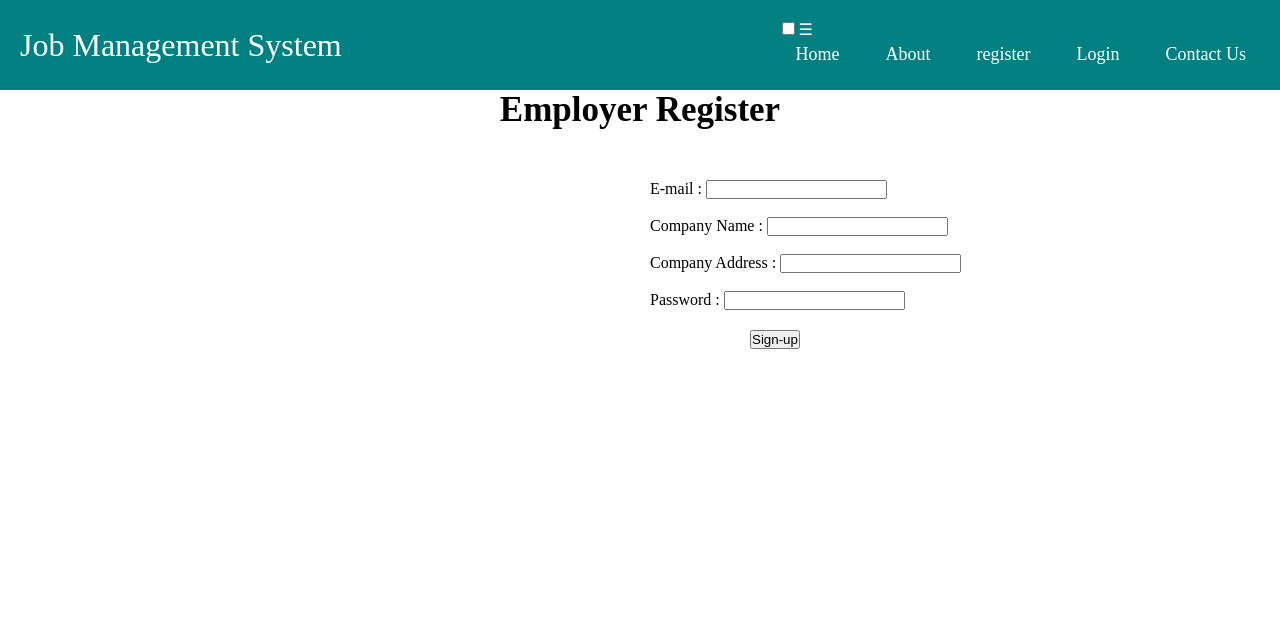
Repository: PrinceKumawat1109/JFSD
Page: http://localhost/Job-management/employerregister.jsp
The author's editor kept a copy of each file at every save. The page is drawn from the files as they stood at one save, then again after the next save.
The browser window is 1280 px wide. The pictures show the whole page.
The page is served by Tomcat 9. Other server files are loaded and not shown.

Above is the page before, as saved 2022-10-29 21:43:45.

### Job-management/src/main/webapp/employerregister.jsp
<%@ page language="java" contentType="text/html; charset=UTF-8"
    pageEncoding="UTF-8"%>
<!DOCTYPE html>
<html>
<head>
<meta charset="UTF-8">
<title>Employer-Register</title>
<style type="text/css">
h2{
text-align : center;
font-size : 35px;
}

.first
{
margin-left: 650px;
margin-top: 50px;
}
button
{
margin-left:100px;
margin-top:20px;
}
</style>
</head>
	<jsp:include page="navbar.jsp" />
<body>
<h2>Employer Register</h2>
<div class="first">
	<p>E-mail : <input type="text" id="t1"/></p>
	<br/>
	<p>Company Name : <input type="text" id="t2"/></p>
	<br/>
	<p>Company Address : <input type="text" id="t3"/></p>
	<br/>
	<p>Password : <input type="password" id="t4"/></p>

	<button onclick="save()">Sign-up</button>
	<label id="lbl"></label>
	</div>
</body>
<script type="text/javascript">
function save()
{
	var xhtml = new XMLHttpRequest();
	var url = "http://localhost:8080/api/eregister/";
	xhtml.open("POST", url, true);
	xhtml.setRequestHeader('Content-Type','application/json');

	var t1 = document.getElementById("t1");
	var t2 = document.getElementById("t2");
	var t3 = document.getElementById("t3");
	var t4 = document.getElementById("t4");
	var lbl = document.getElementById("lbl");

	xhtml.send(JSON.stringify({
		email : t1.value,
		com_name : t2.value,
		com_add : t3.value,
		pwd : t4.value
	}));

	xhtml.onreadystatechange = function()
	{
		if(this.readyState == 4 && this.status == 200)
			lbl.innerText = this.responseText;
			window.location="http://localhost:8080/employerlogin.jsp";
	};
}
</script>
</html>

### Job-management/src/main/webapp/navbar.jsp
<!DOCTYPE html>
<html lang="en">
 <head>
   <meta charset="UTF-8" />
   <meta http-equiv="X-UA-Compatible" content="IE=edge" />
   <meta name="viewport" content="width=device-width, initial-scale=1.0" />
   <style>

    /* UTILITIES */
* {
 margin: 0;
 padding: 0;
 box-sizing: border-box;
}
body {
 font-family: cursive;
}
a {
 text-decoration: none;
}
li {
 list-style: none;
}

/* NAVBAR STYLING STARTS */
.navbar {
 display: flex;
 align-items: center;
 justify-content: space-between;
 padding: 20px;
 background-color: teal;
 color: #fff;
}
.nav-links a {
 color: #fff;
}
/* LOGO */
.logo {
 font-size: 32px;
}
/* NAVBAR MENU */
.menu {
 display: flex;
 gap: 1em;
 font-size: 18px;
}
.menu li:hover {
 background-color: #4c9e9e;
 border-radius: 5px;
 transition: 0.3s ease;
}
.menu li {
 padding: 5px 14px;
}
/* DROPDOWN MENU */
.services {
 position: relative;
}
.dropdown {
 background-color: rgb(1, 139, 139);
 padding: 1em 0;
 position: absolute; /*WITH RESPECT TO PARENT*/
 display: none;
 border-radius: 8px;
 top: 35px;
}
.dropdown li + li {
 margin-top: 10px;
}
.dropdown li {
 padding: 0.5em 1em;
 width: 8em;
 text-align: center;
}
.dropdown li:hover {
 background-color: #4c9e9e;
}
.services:hover .dropdown {
 display: block;
}
   </style>
   <title>Document</title>
 </head>
 <body>
   <nav class="navbar">
     <!-- LOGO -->
     <div class="logo">Job Management System</div>
     <!-- NAVIGATION MENU -->
     <ul class="nav-links">
       <!-- USING CHECKBOX HACK -->
       <input type="checkbox" id="checkbox_toggle" />
       <label for="checkbox_toggle" class="hamburger">&#9776;</label>
       <!-- NAVIGATION MENUS -->
       <div class="menu">
         <li><a href="home.jsp">Home</a></li>
         <li><a href="/">About</a></li>
         <li class="services">
           <a href="/">register</a>
           <!-- DROPDOWN MENU -->
           <ul class="dropdown">
             <li><a href="employeeregister.jsp">Employee </a></li>
             <li><a href="employerregister.jsp">Employers</a></li>
           </ul>
         </li>
         <li class="services">
           <a href="/">Login</a>
           <!-- DROPDOWN MENU -->
           <ul class="dropdown">
             <li><a href="employeelogin.jsp">Employee login </a></li>
             <li><a href="employerlogin.jsp">Employers login</a></li>
           </ul>
         </li>
         <li><a href="contact.jsp">Contact Us</a></li>
       </div>
     </ul>
   </nav>
 </body>
</html>

After the next save:
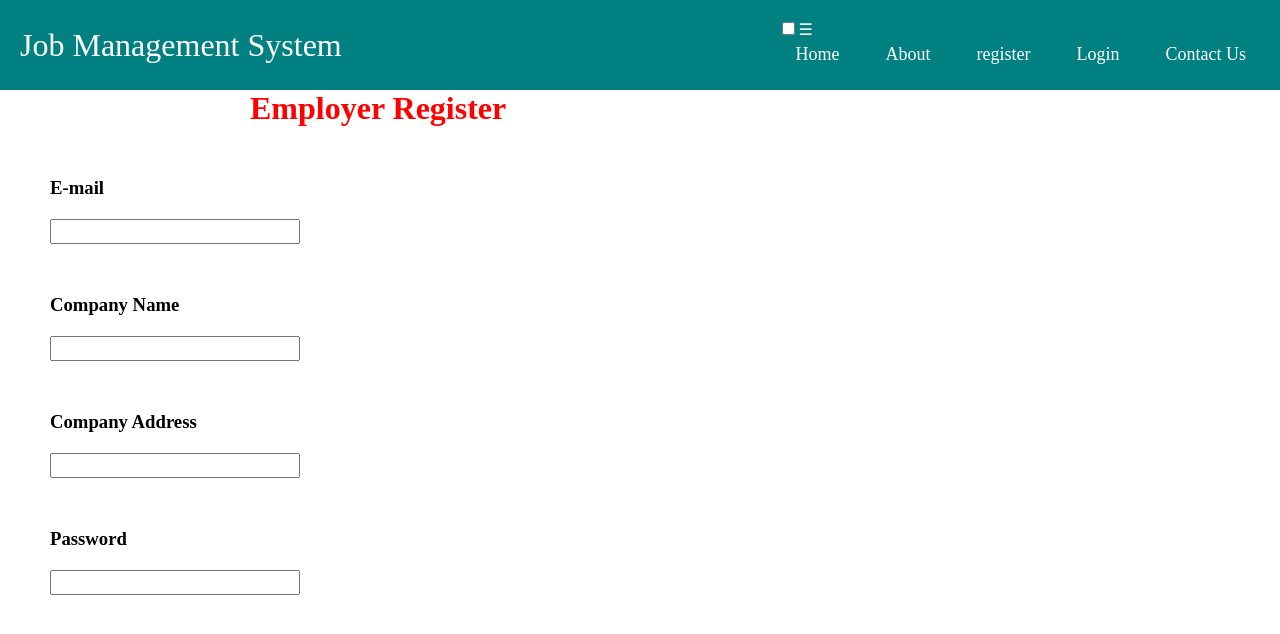
Saved 5 min 2 s later.
--- a/Job-management/src/main/webapp/employerregister.jsp
+++ b/Job-management/src/main/webapp/employerregister.jsp
@@ -25,7 +25,18 @@ margin-top:20px;
 </head>
 	<jsp:include page="navbar.jsp" />
 <body>
-<h2>Employer Register</h2>
+<div class="card">
+	<h1 style=" color: red; margin-left: 250px;">Employer Register</h1>
+<h3 style="margin-left: 50px; margin-top: 50px;">E-mail</h3>
+	<input style="margin-left: 50px; margin-top: 20px; height: 25px; width: 250px;" type="text" id="t1"/>
+	<h3 style="margin-left: 50px; margin-top: 50px;">Company Name</h3>
+	<input style="margin-left: 50px; margin-top: 20px; height: 25px; width: 250px;" type="text" id="t2"/>
+	<h3 style="margin-left: 50px; margin-top: 50px;">Company Address</h3>
+	<input style="margin-left: 50px; margin-top: 20px; height: 25px; width: 250px;" type="text" id="t3"/>
+	<h3 style="margin-left: 50px; margin-top: 50px;">Password</h3>
+	<input style="margin-left: 50px; margin-top: 20px; height: 25px; width: 250px;" type="password" id="t4"/>
+</div>
+<!--<h2>Employer Register</h2>
 <div class="first">
 	<p>E-mail : <input type="text" id="t1"/></p>
 	<br/>
@@ -37,7 +48,7 @@ margin-top:20px;
 
 	<button onclick="save()">Sign-up</button>
 	<label id="lbl"></label>
-	</div>
+	</div>-->
 </body>
 <script type="text/javascript">
 function save()
